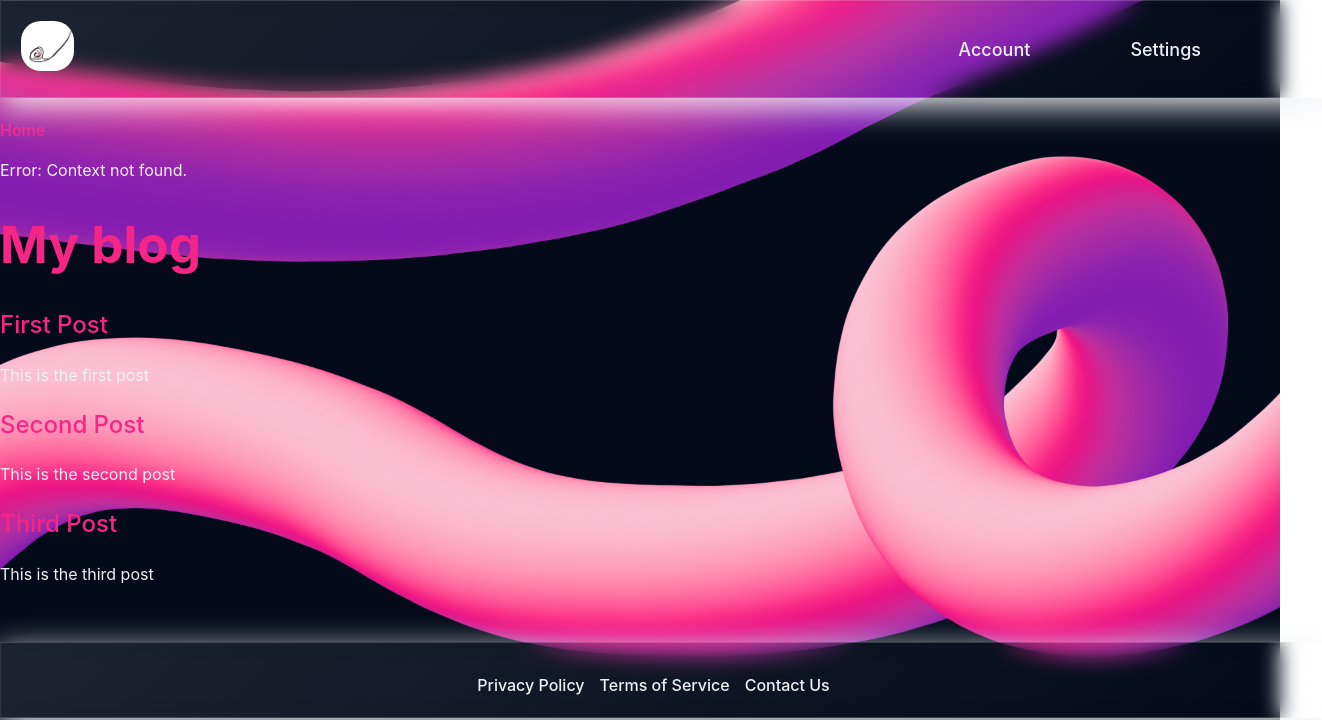
Repository: Jennica1/Front-end-project
Page: /feed (app in react/)
These files come from the project's save history. The page is drawn as it stood at one moment and after the next save; the edit follows.
The browser window is 1280 px wide. The page is 1322 px wide, then 1280 px, then 1322 px, so the pictures cover 1322 px, including what lies to the right of the window. The pictures show the whole page.
The project was rebuilt for these pictures with package versions that can differ from the ones it lists, and the page was loaded fresh each time. Also part of the build but not shown: react/vite.config.js, react/src/Components/Button/Button.css, react/src/Components/Button/Button.jsx, react/src/Components/Sidebar/Sidebar.css, react/src/Components/Sidebar/Sidebar.jsx, react/src/Components/Card/Card.css, react/src/Components/Card/Card.jsx, react/src/pages/Home.jsx and 18 more.

Above is the page before, as saved 2024-11-30 20:57:56.

### react/src/App.jsx
import React from "react";
import { BrowserRouter as Router, Route, Routes } from "react-router-dom";
import Header from "./Components/Header/Header";
import Footer from "./Components/Footer/Footer";
import Home from "./pages/Home";
import Explore from "./pages/Explore";
import Account from "./pages/Account";
import Settings from "./pages/Settings";
import Privacy from "./pages/Privacy";
import Contact from "./pages/Contact";
import Terms from "./pages/Terms";
import PlaylistPage from "./Components/PlaylistPage/PlaylistPage";
import Feed from "./pages/Feed";
import PostList from "./components/Feed/PostList";
import PostPage from "./Components/Feed/PostPage";

const App = () => {
  return (
    <Router>
      <Header />
      <main>
        <Routes>
          {/* Top-level routes */}
          <Route path="/" element={<Home />} />
          <Route path="/explore" element={<Explore />} />
          <Route path="/account" element={<Account />} />
          <Route path="/settings" element={<Settings />} />
          <Route path="/privacy" element={<Privacy />} />
          <Route path="/terms" element={<Terms />} />
          <Route path="/contact" element={<Contact />} />
          <Route path="/playlist/:name" element={<PlaylistPage />} />

          {/* Nested routes for Feed */}
          <Route path="/feed" element={<Feed />}>
            <Route index element={<PostList />} /> {/* Default child route */}
            <Route path="posts/:postId" element={<PostPage />} /> {/* Nested route */}
          </Route>
        </Routes>
      </main>
      <Footer />
    </Router>
  );
};

export default App;

### react/src/Components/Header/Header.jsx
import React from 'react';
import { Link } from 'react-router-dom';
import './Header.css';

const Header = () => {
    return (
        <header className="header">
            <div className="header-container">
            <Link to="/">
                <img src="./images/logo.png" alt="Logo" className="logo" />
            </Link>
                <nav>
                    <ul className="nav-list">
                        <li className="nav-item"><Link to="/account">Account</Link></li>
                        <li className="nav-item"><Link to="/settings">Settings</Link></li>
                    </ul>
                </nav>
            </div>
        </header>
    );
};

export default Header;

### react/src/Components/Footer/Footer.jsx
import React from 'react';
import { Link } from 'react-router-dom';
import './Footer.css';

const Footer = () => {
    return (
        <footer className="footer">
            <nav>
                <ul className="footer-list">
                    <li className="footer-item"><Link to="/privacy">Privacy Policy</Link></li>
                    <li className="footer-item"><Link to="/terms">Terms of Service</Link></li>
                    <li className="footer-item"><Link to="/contact">Contact Us</Link></li>
                </ul>
            </nav>
        </footer>
    );
};

export default Footer;

### react/src/pages/Feed.jsx
import { useEffect, useReducer } from "react";
import PostList from "../components/Feed/PostList";
import { Link, Outlet } from "react-router-dom";
import { appReducer } from "../Components/Feed/appContext";

// Hardcoded posts and comments
const hardcodedPosts = [
  { id: 1, title: "First Post", body: "This is the first post" },
  { id: 2, title: "Second Post", body: "This is the second post" },
  { id: 3, title: "Third Post", body: "This is the third post" },
];

const hardcodedComments = [
  { id: 1, postId: 1, body: "First comment on post 1" },
  { id: 2, postId: 1, body: "Second comment on post 1" },
  { id: 3, postId: 2, body: "First comment on post 2" },
  { id: 4, postId: 3, body: "First comment on post 3" },
];

function Feed() {
  const [posts, dispatch] = useReducer(appReducer, []);

  function getComments(comments, post) {
    return comments.filter((comment) => comment.postId === post.id);
  }

  useEffect(() => {
    // Mimic fetching posts and comments
    const postsWithComments = hardcodedPosts.map((post) => ({
      ...post,
      comments: getComments(hardcodedComments, post),
    }));

    dispatch({
      type: "load_posts",
      payload: postsWithComments,
    });
  }, []);

  return (
    <div className="App">
      <Link to="/">Home</Link>
      <PostList posts={posts} />
      <Outlet context={{ posts, dispatch }} />
    </div>
  );
}

export default Feed;

### react/src/Components/Feed/PostList.jsx

import Post from './Post';
import { AppContext } from './appContext';

import { useOutletContext } from 'react-router-dom';

export default function PostList(){
    const context = useOutletContext();

    if (!context) {
        console.error('No context provided to PostList');
        return <p>Error: Context not found.</p>;
    }

    const { posts } = context;

    if (!posts || posts.length === 0) {
        return <p>Loading posts...</p>;
    }

    return (
        <div className="posts">
            <h1>My blog</h1>
            {posts.map(post => <Post key={post.id} post={post} />)}
        </div>
    );
}

### react/src/Components/Header/Header.css
.header {
    background: linear-gradient(135deg, var(--transparentDarkGray), var(--transparentBlack));
    backdrop-filter: blur(10px);
    border: 1px solid var(--transparentBlack18);
    box-shadow: 0 8px 32px 0;
    padding: 20px;
    position: absolute;
    width: 100%;
    top: 0;
    left: 0;
}

.header-container {
    display: flex;
    align-items: center;
    justify-content: space-between;
    width: 100%;
}

.logo {
    height: 50px;
    border-radius: 20px;
}

.nav-list {
    display: flex;
    list-style-type: none;
    padding: 0;
    margin: 0;
}

.nav-item {
    margin-right: 100px;
}

.nav-item a {
    color: var(--color-light);
    text-decoration: none;
    font-size: 18px;
}

.nav-item a:hover {
    text-decoration: underline;
    color: var(--color-light);
}

### react/src/Components/Footer/Footer.css
.footer {
    background: linear-gradient(135deg,var(--transparentDarkGray),var(--transparentBlack));
    backdrop-filter: blur(10px);
    border:1px solid var(--transparentBlack18);
    box-shadow:0 8px 32px 0;
    color: var(--color-light);
    padding: 20px;
    text-align: center;
    position: absolute;
    left: 0;
    width: 100%;
    margin-top: 40px;
}

.footer-content {
    display: flex;
    flex-direction: column;
    align-items: center;
}

.footer-list {
    list-style-type: none;
    padding: 0;
    margin: 10px 0 0 0;
}

.footer-list .footer-item {
    display: inline;
    margin-right: 15px;
}

.footer-item a {
    color: var(--color-light);
    text-decoration: none;
}

.footer-item a:hover {
    text-decoration: underline;
    color: var(--color-light);
}

### react/src/pages/styles/Home.css
.container {
    display: flex;
    width: 100vw;
    backdrop-filter: blur(10px);
    max-width: 100%;
}

.sidebar {
    flex-basis: 25%;
    color: var(--color-light);
    padding: 20px;
    left: 0;
}

.recommended {
    display: flex;
    flex-direction: column;
    align-items: flex-start;
    margin-left: 8px;
}

.cardContainer {
    display: flex;
    flex-wrap: nowrap;
    overflow-x: auto;
    gap: 15px;
    backdrop-filter: blur(10px);
    border: 1px solid var(--transparentBlack18);
    box-shadow: 0 8px 32px 0;
    padding: 10px;
    border-radius: 12px;
    max-width: 100%;
}

.category {
    display: flex;
    justify-content: space-between;
    align-items: center;
    width: 100%;
    margin-bottom: 10px;
}

.category>h3{
    color: var(--color-light);
}

h1 {
    color: var(--color-primary);
}

.btn-group {
   display: flex;

}

.btn {
    margin: 4px;
}

@media (min-width: 701px) and (max-width: 1120px){
    .container {
        display: flex;
        width: 100vw;
        backdrop-filter: blur(10px);
        max-width: 100%;
        gap:16px;
    }

    .cardContainer {
        /* Hide 3 cards */
        display: flex;
        flex-wrap: nowrap; /* Use grid layout to control visibility */
        grid-template-columns: repeat(1, 1fr);
        overflow: hidden; /* Hide overflow */
    }

    /* Hide specific cards */
    .cardContainer > .card:nth-child(n+3) {
        display: none;
    }
}


@media (max-width: 700px) {
    .container{
        display: flex;
        width: 100vw;
        backdrop-filter: blur(10px);
        gap:40px;
    }

    .sidebar {
        flex-basis: 25%;
        color: var(--color-light);
        padding: 20px;
        left: 0;
        margin-left: -10px;
    }

    .cardContainer {
        /* Hide 3 cards */
        display: flex;
        flex-wrap: nowrap; /* Use grid layout to control visibility */
        grid-template-columns: repeat(1, 1fr);
        overflow: hidden; /* Hide overflow */
    }

    /* Hide specific cards */
    .cardContainer > .card:nth-child(n+2) {
        display: none;
    }
}

### react/src/Components/Feed/appContext.js
import { createContext } from 'react';

export const AppContext = createContext();

export function appReducer(posts, action) {
    switch(action.type){
        case 'load_posts': {
            return action.payload;
        }
        case 'add_comment': {
            const { payload } = action;
            const post = posts.find(p => p.id == payload.postId);

            const comments = [...post.comments, payload];

            const updatedPosts = posts.map(p => {
                if (p.id == payload.postId) {
                    return { ...post, comments };
                } else {
                    return p;
                }
            });

            return updatedPosts;
        }
        case 'update_comment': {
            const { payload } = action;
            const post = posts.find(p => p.id == payload.postId);

            const comments = post.comments.map(c => {
              if (c.id == payload.id) {
                return payload;
              } else {
                return c;
              }
            });

            const updatedPosts = posts.map(p => {
              if (p.id == payload.postId) {
                return { ...post, comments };
              } else {
                return p;
              }
            });

            return updatedPosts;
        }
        default: {
            throw new Error('Invalid action');
        }
    }
}

### react/src/Components/Feed/Post.jsx
import { Link } from 'react-router-dom';

export default function Post({ post }) {
    return (
        <div className="post">
            <h2>
                <Link to={`posts/${post.id}`}>{post.title}</Link>
            </h2>
            <p>{post.body}</p>
        </div>
    );
}

Loaded but not shown: react/index.html (common file); react/src/main.jsx (common file); react/src/index.css (common file)

After the next save:
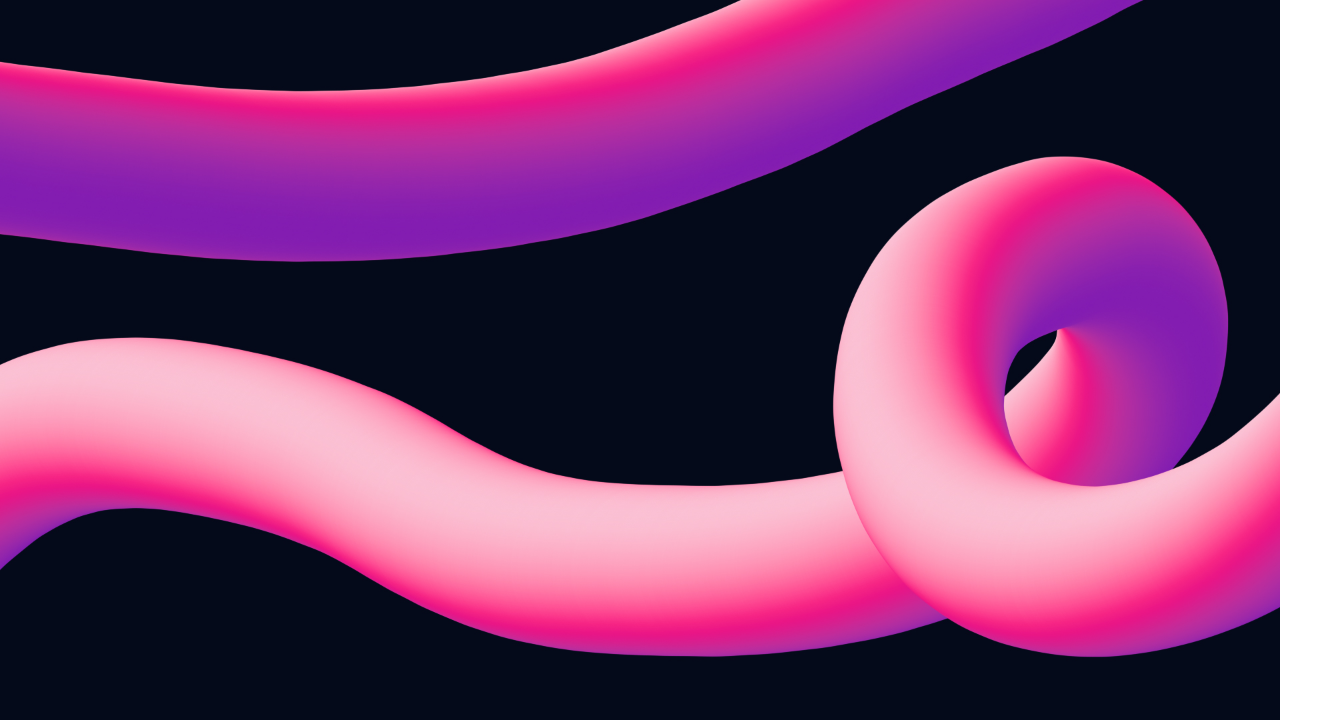
Console error: ReferenceError: useOutletContext is not defined
Saved 83 s later.
--- a/react/src/Components/Feed/PostList.jsx
+++ b/react/src/Components/Feed/PostList.jsx
@@ -1,16 +1,5 @@
-
-import Post from './Post';
-import { AppContext } from './appContext';
-
-import { useOutletContext } from 'react-router-dom';
-
-export default function PostList(){
-    const context = useOutletContext();
-
-    if (!context) {
-        console.error('No context provided to PostList');
-        return <p>Error: Context not found.</p>;
-    }
+export default function PostList() {
+    const context = useOutletContext() || { posts: [], dispatch: () => {} };
 
     const { posts } = context;
 
@@ -21,7 +10,9 @@
     return (
         <div className="posts">
             <h1>My blog</h1>
-            {posts.map(post => <Post key={post.id} post={post} />)}
+            {posts.map((post) => (
+                <Post key={post.id} post={post} />
+            ))}
         </div>
     );
 }

After the 5 saves that followed:
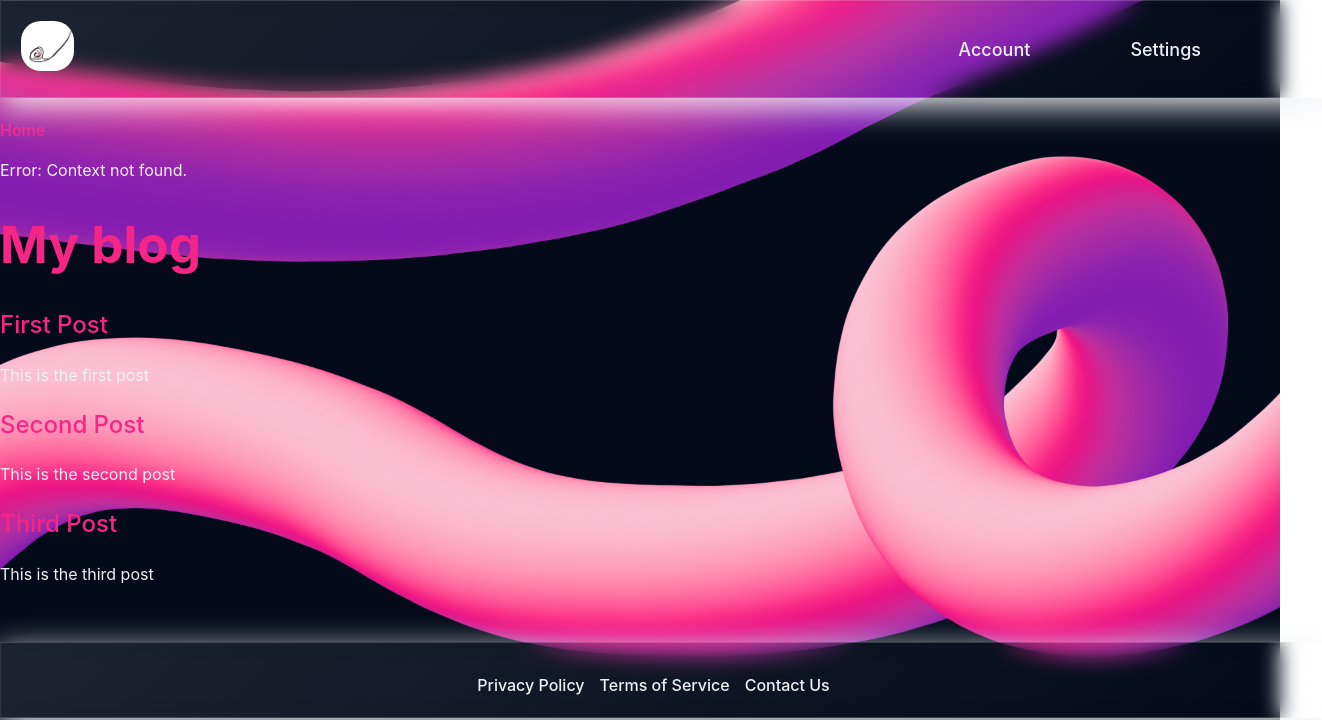
The error is gone.
The 5 saves are shown as one change because 4 left the picture as it was.
The last was saved 109 s later.
--- a/react/src/pages/Feed.jsx
+++ b/react/src/pages/Feed.jsx
@@ -25,17 +25,17 @@ function Feed() {
   }
 
   useEffect(() => {
-    // Mimic fetching posts and comments
     const postsWithComments = hardcodedPosts.map((post) => ({
-      ...post,
-      comments: getComments(hardcodedComments, post),
+        ...post,
+        comments: getComments(hardcodedComments, post),
     }));
 
     dispatch({
-      type: "load_posts",
-      payload: postsWithComments,
+        type: "load_posts",
+        payload: postsWithComments,
     });
-  }, []);
+}, []);
+
 
   return (
     <div className="App">
--- a/react/src/Components/Feed/PostList.jsx
+++ b/react/src/Components/Feed/PostList.jsx
@@ -1,5 +1,15 @@
-export default function PostList() {
-    const context = useOutletContext() || { posts: [], dispatch: () => {} };
+import Post from './Post';
+import { AppContext } from './appContext';
+
+import { useOutletContext } from 'react-router-dom';
+
+export default function PostList(){
+    const context = useOutletContext();
+
+    if (!context) {
+        console.error('No context provided to PostList');
+        return <p>Error: Context not found.</p>;
+    }
 
     const { posts } = context;
 
@@ -10,9 +20,7 @@
     return (
         <div className="posts">
             <h1>My blog</h1>
-            {posts.map((post) => (
-                <Post key={post.id} post={post} />
-            ))}
+            {posts.map(post => <Post key={post.id} post={post} />)}
         </div>
     );
 }
